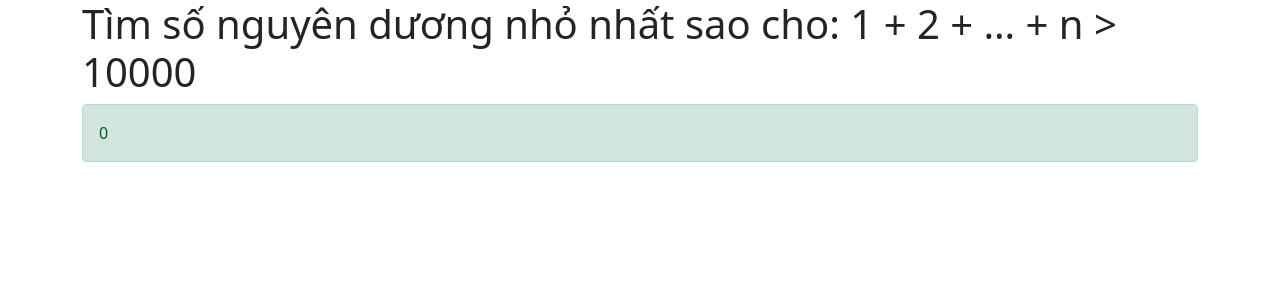
Repository: qkhanh1104k/Js-buoi6_vonglap
Page: index.html
These files come from the project's save history. The page is drawn as it stood at one moment and after the next save; the edit follows.
The browser window is 1280 px wide. The pictures show the whole page.
After loading, the first visible `button.btn` was clicked once.

Above is the page before, as saved 2022-07-21 12:25:08.

### index.html
<!DOCTYPE html>
<html lang="en">
  <head>
    <meta charset="UTF-8" />
    <meta http-equiv="X-UA-Compatible" content="IE=edge" />
    <meta name="viewport" content="width=device-width, initial-scale=1.0" />
    <title>Document</title>
    <link
      href="https://cdn.jsdelivr.net/npm/bootstrap@5.1.3/dist/css/bootstrap.min.css"
      rel="stylesheet"
      integrity="sha384-1BmE4kWBq78iYhFldvKuhfTAU6auU8tT94WrHftjDbrCEXSU1oBoqyl2QvZ6jIW3"
      crossorigin="anonymous"
    />
  </head>
  <body>
    <div class="container">
      <h1>Tìm số nguyên dương nhỏ nhất sao cho: 1 + 2 + … + n > 10000</h1>
      <div>
        <div class="alert alert-success" id="resultBt1">
          <button class="btn btn-success" onclick="demoWhile()">Tính</button>
        </div>
      </div>
    </div>
    <script src="./index.js"></script>
  </body>
</html>

### index.js
function demoWhile() {
  var i = 0;
  var total = 0;
  // do{
  //     i++
  //     total += i;
  // }while(total > max);
  while (total > 10000) {
    i++;
    total += i;
  }
  document.getElementById("resultBt1").innerHTML = i;
}

After the next save:
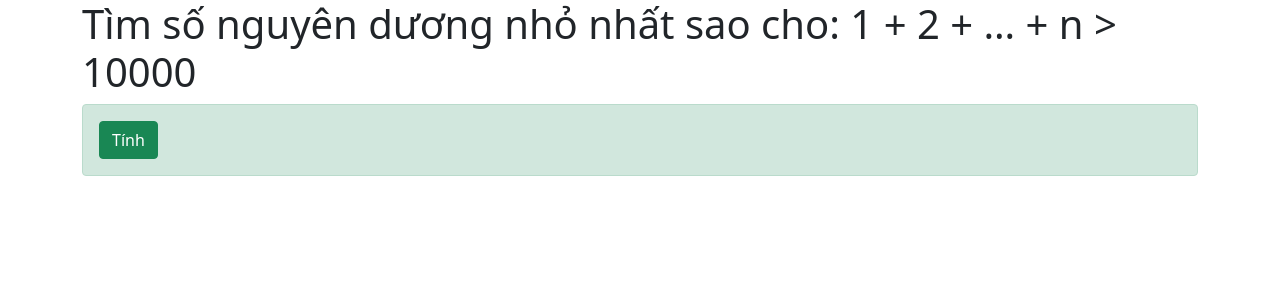
Console error: ReferenceError: max is not defined
Saved 2 min 16 s later.
--- a/index.js
+++ b/index.js
@@ -1,13 +1,13 @@
 function demoWhile() {
   var i = 0;
   var total = 0;
-  // do{
-  //     i++
-  //     total += i;
-  // }while(total > max);
-  while (total > 10000) {
-    i++;
-    total += i;
-  }
+  do{
+      i++
+      total += i;
+  }while(total > max);
+//   while (total > 10000) {
+//     i++;
+//     total += i;
+//   }
   document.getElementById("resultBt1").innerHTML = i;
 }

After the save that followed:
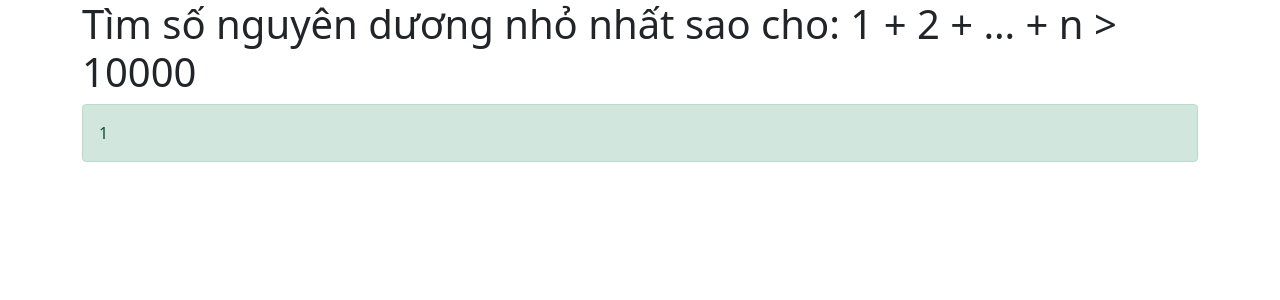
The error is gone.
Saved 21 s later.
--- a/index.js
+++ b/index.js
@@ -4,7 +4,7 @@
   do{
       i++
       total += i;
-  }while(total > max);
+  }while(total > 10000);
 //   while (total > 10000) {
 //     i++;
 //     total += i;
